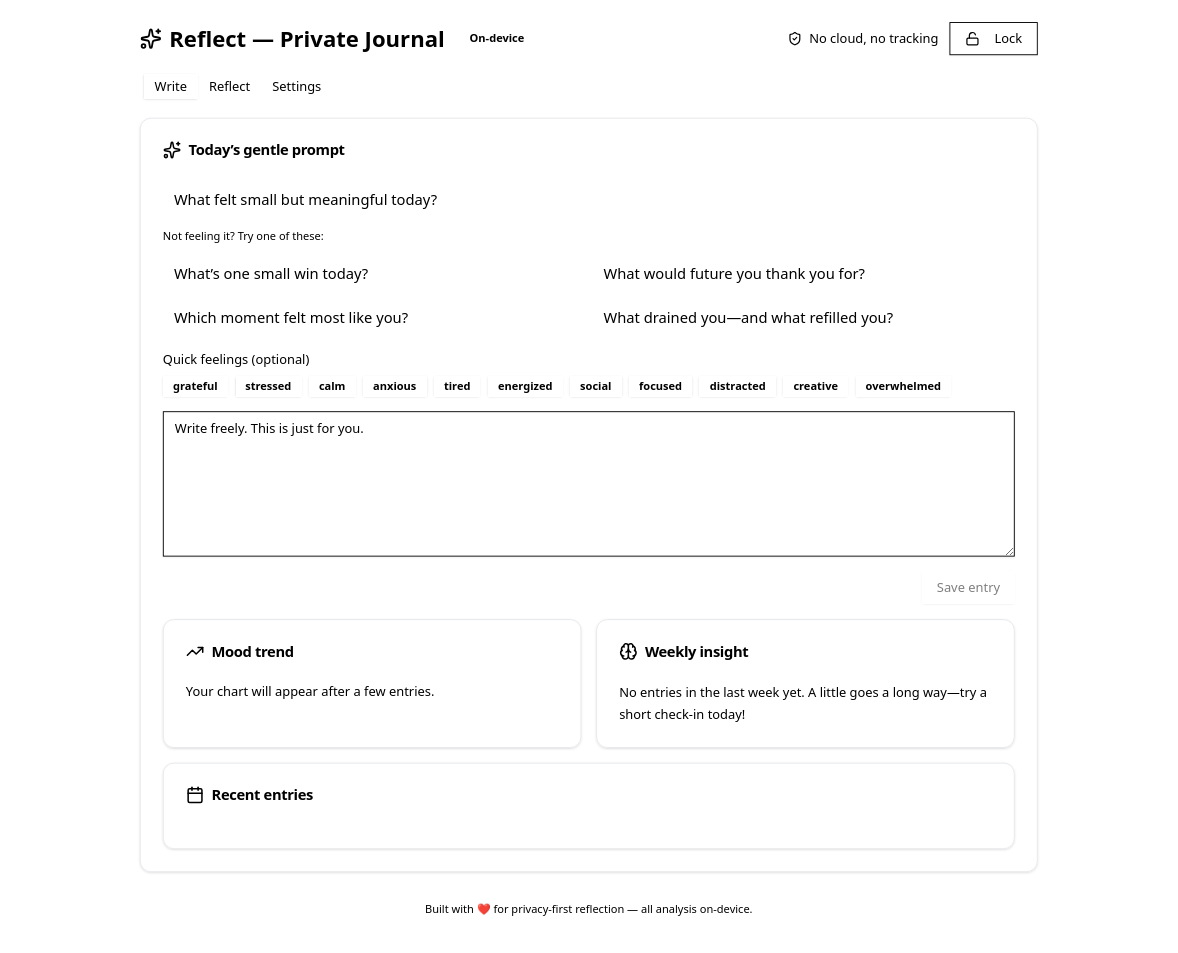
Repository: samerjouhar/reflect
Page: /, after clicking the first element matching `button.inline-flex`
The author's editor kept a copy of each file at every save. The page is drawn from the files as they stood at one save, then again after the next save.
The browser window is 1280 px wide. The pictures show the whole page, at 92% of full size.
The project was rebuilt for these pictures with package versions that can differ from the ones it lists, and the page was loaded fresh each time. Also part of the build but not shown: vite.config.ts, src/components/ReflectionMonth.tsx.

Above is the page before, as saved 2025-09-02 21:42:22.

After the next save:
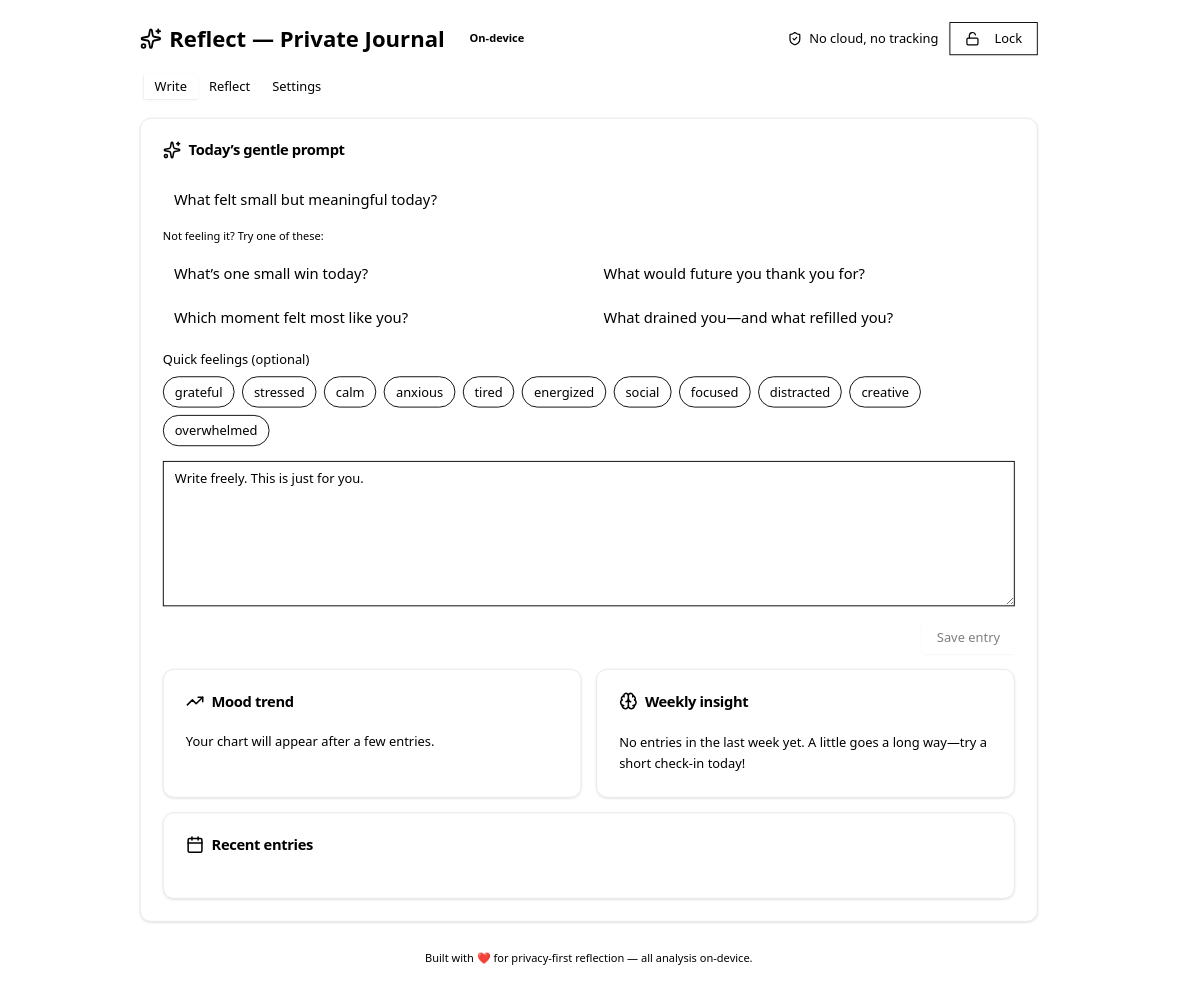
Saved 2 min 7 s later.
--- a/src/components/EntryForm.tsx
+++ b/src/components/EntryForm.tsx
@@ -1,33 +1,73 @@
-import { useState } from "react";
-import { Badge } from "@/components/ui/badge";
+import { useState, useEffect } from "react";
 import { Button } from "@/components/ui/button";
 import { Textarea } from "@/components/ui/textarea";
 import { QUICK_TAGS } from "@/constants";
 
-export function EntryForm({ onSave }: { onSave: (text: string, tags: string[]) => void }) {
-    const [draft, setDraft] = useState("");
-    const [tags, setTags] = useState<string[]>([]);
+type Props = {
+  onSave: (text: string, tags: string[]) => void;
+  /** bump this number to reset the form after a successful save */
+  resetSignal?: number;
+};
 
+export function EntryForm({ onSave, resetSignal = 0 }: Props) {
+  const [draft, setDraft] = useState("");
+  const [tags, setTags] = useState<string[]>([]);
 
-    function toggle(tag: string) {
-        setTags(t => t.includes(tag) ? t.filter(x=>x!==tag) : [...t, tag]);
-    }
+  // reset form when parent increments resetSignal (after save)
+  useEffect(() => {
+    setDraft("");
+    setTags([]);
+  }, [resetSignal]);
 
-    return (
-        <div className="space-y-4">
-        <div className="space-y-2">
+  function toggle(tag: string) {
+    setTags((prev) =>
+      prev.includes(tag) ? prev.filter((t) => t !== tag) : [...prev, tag]
+    );
+  }
+
+  return (
+    <div className="space-y-4">
+      <div className="space-y-2">
         <div className="text-sm text-muted-foreground">Quick feelings (optional)</div>
         <div className="flex flex-wrap gap-2">
-        {QUICK_TAGS.map(tag => (
-        <Badge key={tag} onClick={()=>toggle(tag)} className={`cursor-pointer ${tags.includes(tag)?"ring-2 ring-primary":""}`}>{tag}</Badge>
-    ))}
+          {QUICK_TAGS.map((tag) => {
+            const selected = tags.includes(tag);
+            return (
+              <button
+                key={tag}
+                type="button"
+                onClick={() => toggle(tag)}
+                aria-pressed={selected}
+                className={[
+                  "px-3 py-1.5 rounded-full text-sm transition",
+                  "border",
+                  selected
+                    ? "bg-primary text-primary-foreground border-primary"
+                    : "bg-muted text-foreground hover:bg-muted/70 border-border"
+                ].join(" ")}
+              >
+                {tag}
+              </button>
+            );
+          })}
+        </div>
+      </div>
+
+      <Textarea
+        rows={7}
+        placeholder="Write freely. This is just for you."
+        value={draft}
+        onChange={(e) => setDraft(e.target.value)}
+      />
+
+      <div className="flex items-center justify-end">
+        <Button
+          onClick={() => onSave(draft, tags)}
+          disabled={draft.trim().length === 0}
+        >
+          Save entry
+        </Button>
+      </div>
     </div>
-    </div>
-
-    <Textarea rows={7} placeholder="Write freely. This is just for you." value={draft} onChange={e=>setDraft(e.target.value)} />
-    <div className="flex items-center justify-end">
-    <Button onClick={()=> onSave(draft, tags)} disabled={draft.trim().length===0}>Save entry</Button>
-    </div>
-    </div>
-    );
+  );
 }
